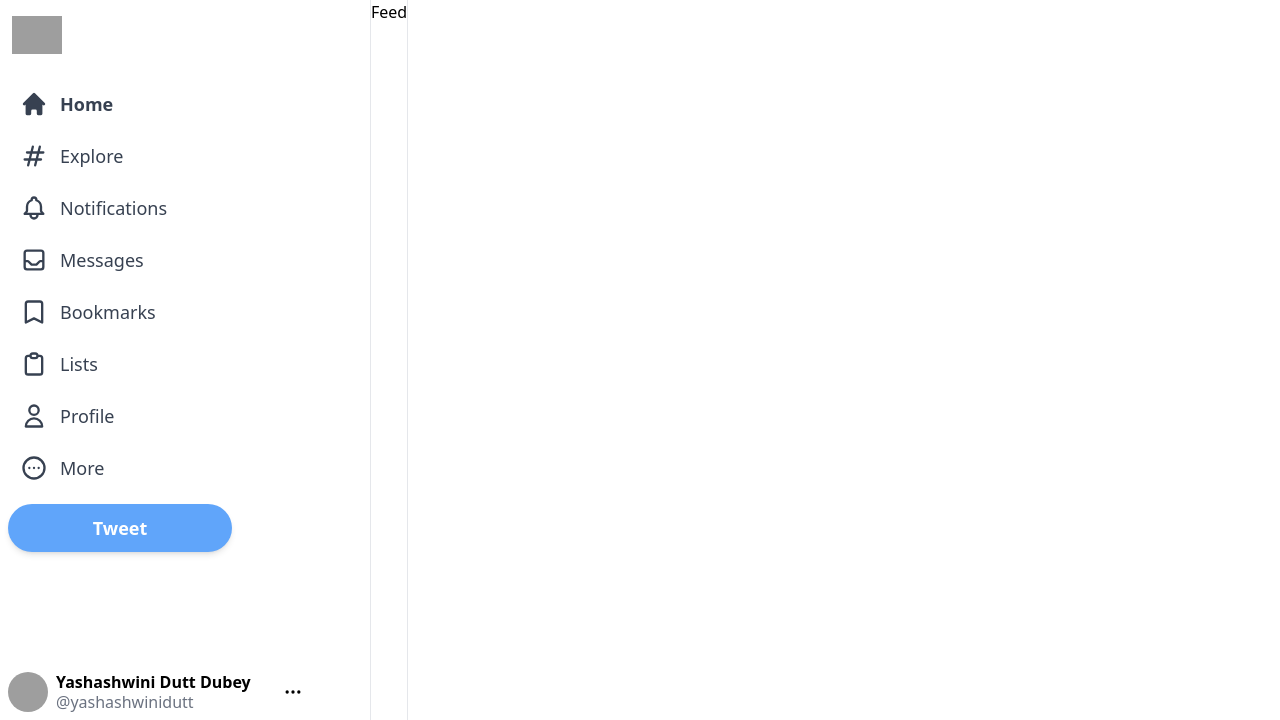
Repository: Yashashwinidutt/twitter
Page: /
The author's editor kept a copy of each file at every save. The page is drawn from the files as they stood at one save, then again after the next save.
The browser window is 1280 px wide. The pictures show the whole page.
Pictures or frames that could not be fetched are drawn as grey boxes. The project was rebuilt for these pictures with package versions that can differ from the ones it lists, and the page was loaded fresh each time. The framework's server and built-in components were replaced by stand-ins that run in the browser. Also part of the build but not shown: next.config.js.

Above is the page before, as saved 2023-02-27 13:55:04.

After the next save:
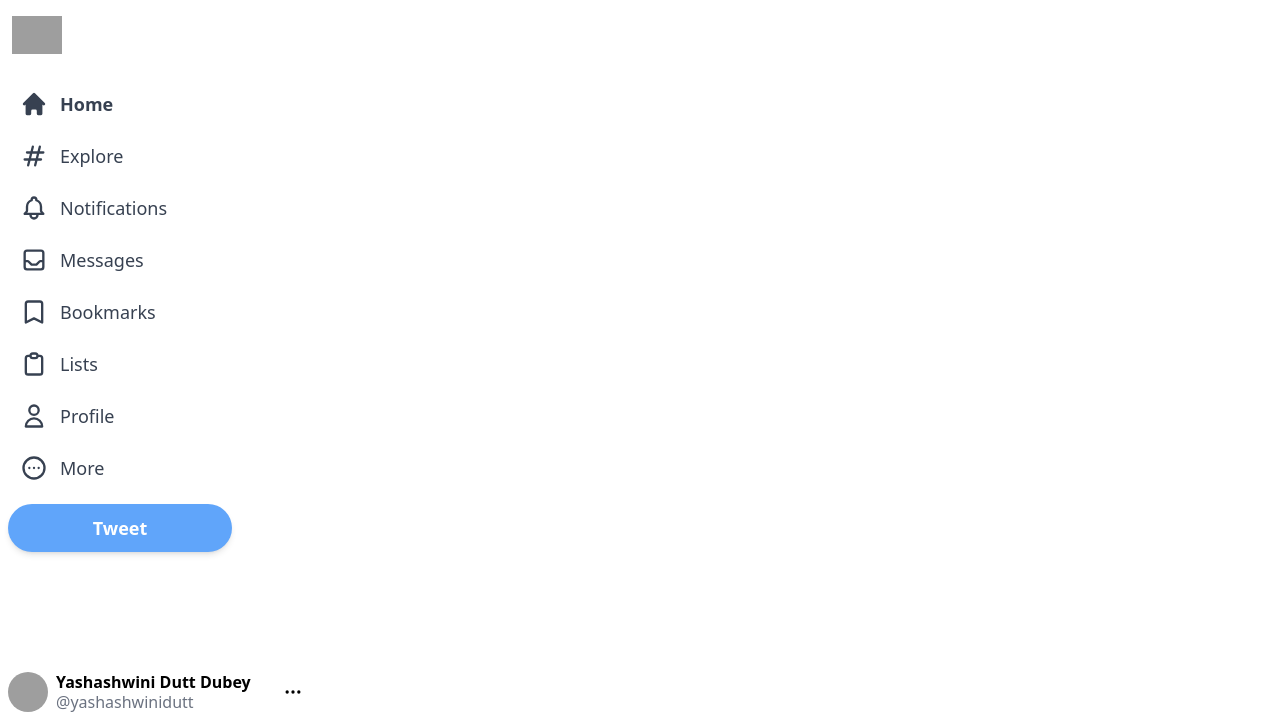
Saved 72 min 19 s later.
--- a/components/Feed.js
+++ b/components/Feed.js
@@ -1,5 +1,4 @@
 export default function Feed() {
-  return (
-    <div className="xl:ml-[370px] border-l border-r xl-:min-w-[576px]">Feed</div>
-  )
+  return
+    <div className="xl:ml-[370px] border-l border-r xl-:min-w-[576px]">Feed</div>;
 }

After the 2 saves that followed:
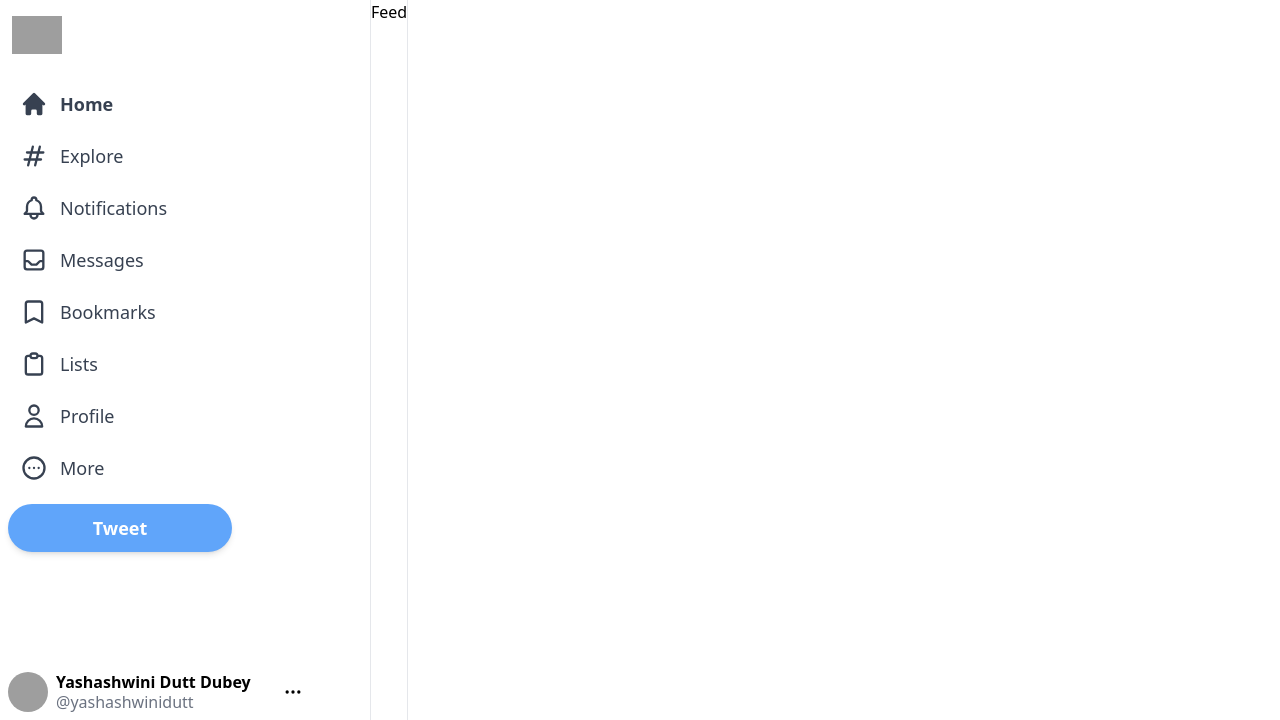
The 2 saves are shown as one change because 1 left the picture as it was.
The last was saved 8 min 0 s later.
--- a/components/Feed.js
+++ b/components/Feed.js
@@ -1,4 +1,5 @@
 export default function Feed() {
-  return
-    <div className="xl:ml-[370px] border-l border-r xl-:min-w-[576px]">Feed</div>;
+  return (
+    <div className="xl:ml-[370px] border-l border-r xl-:min-w-[576px]">Feed</div>
+  )
 }
